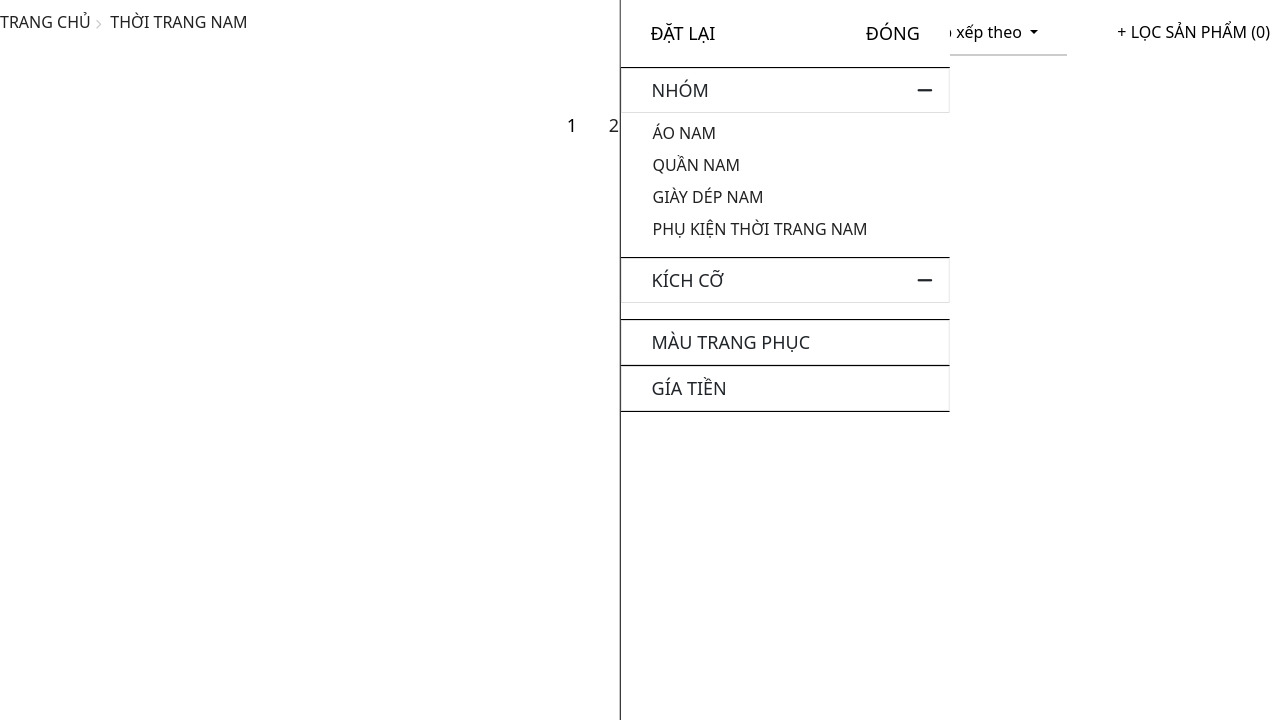
Repository: NguyenQuangQuan021099/FE_Page-Male
Page: index.html
An editor plug-in stored every save of this project. The page is shown before and after the next save, followed by the edit.
The browser window is 1280 px wide. The pictures show the whole page.
The page's requests for data from a server got no answer. Some web libraries are served in a nearby version.

Above is the page before, as saved 2021-07-08 19:06:35.

### index.html
<!DOCTYPE html>
<html lang="en">
<head>
    <meta charset="UTF-8">
    <meta http-equiv="X-UA-Compatible" content="IE=edge">
    <script src="https://kit.fontawesome.com/ce2ff1d6ed.js" crossorigin="anonymous"></script>
    <link href="https://cdn.jsdelivr.net/npm/bootstrap@5.0.1/dist/css/bootstrap.min.css" rel="stylesheet" integrity="sha384-+0n0xVW2eSR5OomGNYDnhzAbDsOXxcvSN1TPprVMTNDbiYZCxYbOOl7+AMvyTG2x" crossorigin="anonymous">
    <script src="https://code.jquery.com/jquery-3.6.0.min.js" integrity="sha256-/xUj+3OJU5yExlq6GSYGSHk7tPXikynS7ogEvDej/m4=" crossorigin="anonymous"></script>
    <meta name="viewport" content="width=device-width, initial-scale=1.0">
    <link rel="stylesheet" href="style.css">
    <title>Trang Nam</title>
</head>
<body>
<div class="main">
<!-- -------------------------Begin Nav-------------------------------------------------- -->
<div class="category__product__action d-flex ">
    <div class="breadcrumbs">
        <a href="" title="Đi đến trang chủ">TRANG CHỦ</a>
        <i style="color: #ccc; font-size: 10px; margin-right: 5px; padding-bottom: 2px;" class="fas fa-chevron-right"></i>
        <span style="color: #222">THỜI TRANG NAM</span>
    </div>
    <div class="nav-2">
    <div class="toolbar__product ">
      <a href="#" class="active" title="Lưới" ></a>
      <a href="#" class="disable" title="Danh sách" ></a>
    </div>
    <!-- --------------begin dropdown ------------------>
    <div class="dropdown">
      <button class="btn btn-secondary dropdown-toggle" type="button" id="dropdownMenuButton1" data-bs-toggle="dropdown" aria-expanded="false">
        Sắp xếp theo
      </button>
      <ul class="dropdown-menu sorter" aria-labelledby="dropdownMenuButton1" .>
        <li><a class="dropdown-item" href="#">Thứ tự chữ cái A-Z</a></li>
        <li><a class="dropdown-item" href="#">Thứ tự chữ cái Z-A</a></li>
        <li><a class="dropdown-item" href="#">Giá tăng dần</a></li>
        <li><a class="dropdown-item" href="#">Giá giảm dần</a></li>
        <li><a class="dropdown-item" href="#">Sản phẩm mới nhất</a></li>
      </ul>
    </div>
    <!-- -------------------end dropdown ---------------->

    <!-------------------- begin filter---------------- -->
  <div class="filter__toggle">
    <div class="list-group">
      <button class="list-group-item list-group-item-action actived-list" aria-current="true" >
        + LỌC SẢN PHẨM (0)
      </button>
      <div class="list-select">
        <div class="list-group-item list-group-item-action reset-close">
          <button class="reset">ĐẶT LẠI</button>
          <button class="close">ĐÓNG</button>
        </div>
        <div class="filter-option-list">
          <div class="filter-option">
            <button class="list-group-item list-group-item-action btn__item actived">NHÓM
              <div class="icon">
                <i class="fas fa-plus icon-1"></i>
                <i class="fas fa-minus icon-2"></i>
              </div>
            </button>
            <div class="item__male">
              <ul class="items">
                <li class="item"> <a href="">ÁO NAM</a></li>
                <li class="item"> <a href="">QUẦN NAM</a></li>
                <li class="item"> <a href="">GIÀY DÉP NAM</a></li>
                <li class="item"> <a href="">PHỤ KIỆN THỜI TRANG NAM</a></li>
              </ul>
            </div>
          </div>

        <div class="filter-option">
          <button class="list-group-item list-group-item-action btn__item actived">KÍCH CỠ
            <div class="icon">
              <i class="fas fa-plus icon-1"></i>
              <i class="fas fa-minus icon-2"></i>
            </div>
          </button>
          <div class="item__male">
            <ul class="items items-size">

            </ul>
          </div>
        </div>
        <div class="filter-option">
          <button class="list-group-item list-group-item-action btn__item">MÀU TRANG PHỤC</button>
        </div>
        <div class="filter-option">
        <button class="list-group-item list-group-item-action btn__item">GÍA TIỀN</button>
        </div>
        </div>
      </div>
    </div>
  </div>
<!-- -------------------End filter--------------------- -->
</div>
</div>

<!-- --------------------End Nav----------------------- -->

<!-------------------Begin product--------------------- -->
<div class="product">
        <ol id="product-list-items">

        </ol>
</div>
<!-------------------End product--------------------- -->

<!-- -------------Begin pagination --------------------->
<div class="pagination ">
  <ul class="list__pag ">
    <li class="item__current"><a href="#">1</a></li>
        <li class="item"><a href="#">2</a></li>
        <li class="item"><a href="#">3</a></li>
        <li class="item"><span>...</span></li>
        <li class="item__next"><a href="#" title="Tiếp theo"><i class="fas fa-arrow-right"></i></a></li>
  </ul>
</div>
<!-- -------------End pagination ---------------------->
</div>
    <script src="./app.js"></script>
    <script src="https://cdn.jsdelivr.net/npm/@popperjs/core@2.9.2/dist/umd/popper.min.js" integrity="sha384-IQsoLXl5PILFhosVNubq5LC7Qb9DXgDA9i+tQ8Zj3iwWAwPtgFTxbJ8NT4GN1R8p" crossorigin="anonymous"></script>
    <script src="https://cdn.jsdelivr.net/npm/bootstrap@5.0.1/dist/js/bootstrap.min.js" integrity="sha384-Atwg2Pkwv9vp0ygtn1JAojH0nYbwNJLPhwyoVbhoPwBhjQPR5VtM2+xf0Uwh9KtT" crossorigin="anonymous"></script>
</body>
</html>

### style.css
*{
    margin: 0;
    padding: 0;
    box-sizing: border-box;
}

html{
    font-family: Arial, Helvetica, sans-serif;
}

a, a:hover{
    color: #222;
    text-decoration: none;
}

.category__product__action{
    margin: 10px 0 50px 0;
    position: relative;
}

.nav-2{
    display: flex;
    position: absolute;
    right: 10px;
}
.toolbar__product{
    margin-top: 10px;
}
.toolbar__product a{
    height: 28px;
    display: inline-block;
    width: 38px;
    background-repeat: no-repeat;
}

.toolbar__product .active{
    background-image: url(./img/grid4active.svg);
    padding-right: 52px;
}

.toolbar__product .disable{
    background-image: url(./img/grid2disable.svg);
}

/* Dropdown css */
.dropdown{
    margin: 0 50px;
}

.btn-secondary {
    width: 160px;
    height: 46px;
    color: black;
    background-color: white;
    border-style: none;
    border-bottom: 2px solid #ccc;
    border-radius: 0px;
    padding: 0 25px 0 13px;
}


.btn-secondary:hover{
    color: black;
    background-color: white;
    border-bottom: 1px solid #ccc;

}

.btn-check:focus+.btn-secondary, .btn-secondary:focus {
    color: black;
    background-color: #fff;
    border-color: rgb(54, 52, 52);
    box-shadow: none;
    outline: none;
}
.sorter .dropdown-item:hover {
    color: white;
    background-color: #1777f2;
}

/* End dropdown */

/*  product items css */
/* filter css */
.list-group .actived-list{
    background-color: #fff;
    border-style: none;
    color:black ;
    padding: 0;
}

.reset-close{
    width: 100%;
    padding: 20px 0 ;
    display: flex;
    justify-content: space-between;
    border-style: none;
    border-bottom: 1px solid black;
    position: relative;

}
.reset-close button{
    font-size: 18px;
    margin: 0 30px;
    border-style: none;
    background-color: #fff;
}


/* begin filter */
.filter__toggle{
    margin-top: 10px;
}

.list-select{
    width: 25.8%;
    height: 100%;
    position: fixed;
    top: 0;
    right: 0;
    z-index: 2;
    background-color: #fff;
    border-left: 1px solid black;
    animation: mymove ease-in-out .8s;
    transform: translateX(-100%);
    transition: transform linear 0.3s;
}

.list-group-item-action:hover{
    background-color: #fff;
}

.list-select button{
   font-size: 18px;
}

.btn__item{
    padding-left: 30px;
    display: flex;
    justify-content: space-between;
}

.list-group .item__male ul li{
    list-style: none;
    padding-top: 8px;
}

.filter-option-list{
    height: 95vh;
    overflow-y: scroll;
}

.filter-option{
    border-bottom: 1px solid black;
}

.filter-option button .icon{
   display: inline-block;

}

.filter-option button .icon .icon-1{
    display: none;
}


@keyframes mymove{
    0%{
        right: -100%;
    }

    100%{
        right: 0;
    }
}

/* end filter css */
/* product items css */
.product{
     max-width: 100%;
     padding-left: 12px;
}

.product ol{
    display: flex;
    flex-wrap: wrap;
    padding-left: 0;
}

.product #product-list-items .product-items{
    width: 25%;
    list-style: none;
    margin-bottom: 30px;
}

li .renderItems  a img{
    width: 100%;
    object-fit: cover;
    padding: 3px;
}

li .renderItems  .sub__div{
    padding-top: 16px;
    display: flex;
    flex-direction: column;
}

li .renderItems .sub__div .title{
    color: #222;
    font-weight: 500;
    text-transform: uppercase;
    font-size: 12px;
    text-decoration: none;
}

li .renderItems .sub__div .price{
    opacity: 0.7;
    font-size: 16px;
    font-family: Roboto;
}

li .renderItems .sub__div a{
    position: relative;
    display: inline-block;
}

li .renderItems .sub__div .img__mini{
    width: 22px;
    height: 22px;
}

li .renderItems .sub__div a img{
    width: 100%;
    object-fit: none;
}

li .renderItems .sub__div a img:hover{
    border: 1px solid black;
}

li .renderItems .sub__div a .sub__content{
    position: absolute;
    padding: 10px 30px;
    border: 1px solid black;
    border-radius: 5px;
    background-color: #fff;
    top: -50px;
    display: none;
}

li .renderItems .sub__div a:hover .sub__content{
    display: block;
}

/* End product items */

/* Begin pagination */
.pagination{
    display: block;
}

.pagination ul{
    display: flex;
    justify-content: center;
}
.pagination ul li{
    list-style: none;
    width: 30px;
    height: 30px;
    font-size: 18px;
    color: #707070;
    margin: 12px 6px;
    text-align: center;
}

.pagination ul .item__current a{
    color: black;
}

.pagination ul li:hover a{
    background-color: #ccc;
    border-radius: 2px;
    padding: 6px 12px;
}

/* End paginaton */

/* Responsive */
/* Mobile : width < 720px */


/* tablet : width >= 740px and width < 1024px */
@media screen and  (min-width: 360px) and (max-width: 1024px) {

    /* .category__product__action{
        padding: 0 20px;
        margin-bottom: 0;
    }



    .toolbar__product{
        display: none;
    }


    ol, ul {
        padding-left: 0  !important;
    }

    ol>:first-child{
      width: 100% !important;
      padding-right: 12px;
    }

    ol >:first-child .renderItems a img{
        width: 100% !important;
    }

    li{
        width: 50% !important;
        padding-right: 10px;
    }

    .pagination ul li{
        width: 30px !important;
    } */

}

@media screen and (min-width: 1024px){
    .category__product__action{
        display: none ;
    }

}

### app.js
let itemAPI = "http://localhost:3000/items";
let sizeAPI = "http://localhost:3000/listSize";

function start() {
    getItem(renderItems);
    getSize(renderListSize);
}
start();

// lay ra item
function getItem(callback) {
    fetch(itemAPI)
    .then(function(response){
        return response.json();
    })
    .then(callback);
}

//render item
function renderItems(items){
    let listItemsBlock = document.querySelector("#product-list-items");
    let htmls = items.map(function(item){
        return `
        <li class="product-items">
            <div class="renderItems">
                <a href=""><img src="${item.image}" alt="" srcset=""></a>

                <div class="sub__div">

                    <a href="#" class="title"> ${item.title} </a> <br>

                    <span class="price">${item.price}</span> <br>

                        <a class="img__mini" href="#"> <img src="${item.miniimg}">
                            <div class="sub__content">
                                ${item.contentmini1}
                            </div>
                        </a>
                </div>
            </div>
        </li>
        `;
    });
    listItemsBlock.innerHTML = htmls.join('');
}

// render list size clothing
function getSize(callback) {
    fetch(sizeAPI)
    .then(function(response){
        return response.json();
    })
    .then(callback);
}

function renderListSize(listSize){
    let listSizeBlock = document.querySelector(".items-size");
    console.log(listSizeBlock);
    let htmls = listSize.map(function(size){
        return `
            <li class="item"> <a href=""> ${size.sizeClothing}</a></li>
        `;
    });
    listSizeBlock.innerHTML = htmls.join('');
    console.log(htmls);
}


// $('.show-hide').on("click", function(e){
//     $(this).find('.hide').css("display", "none");
//     $(this).find('.show').css("display", "block");
//     e.preventDefault();
// })


// filter actions
$('.actived-list, .close').on("click", function(){
    $(this).parent('.list-group').find('.list-select').toggle();
    $(this).parents('.list-select').toggle();

})

$('.actived, .not-actived').on("click", function(){
    $(this).find('.icon-1').toggle();
    $(this).find('.icon-2').toggle();
    $(this).parent('.filter-option').find('.item__male').toggle();
        if ($(this).hasClass('actived')) {
            $(this).removeClass('actived').addClass('not-actived');
        } else {
                $(this).removeClass('not-actived').addClass('actived');
        }
})


$('.reset').on("click", function(){
   $(this).parents('.list-select').find('.item__male').show();
   $(this).parents('.list-select').find('.icon-1').hide();
   $(this).parents('.list-select').find('.icon-2').show();
})

After the next save:
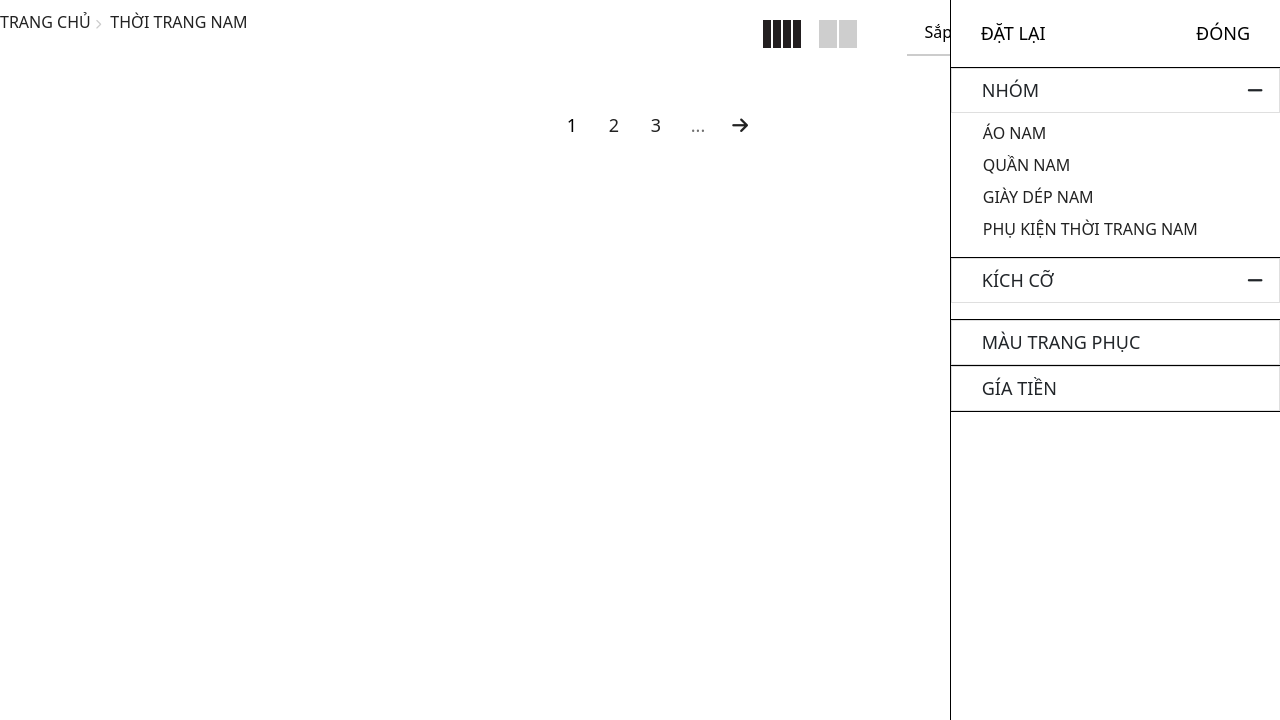
Saved 11 s later.
--- a/style.css
+++ b/style.css
@@ -122,8 +122,6 @@ a, a:hover{
     background-color: #fff;
     border-left: 1px solid black;
     animation: mymove ease-in-out .8s;
-    transform: translateX(-100%);
-    transition: transform linear 0.3s;
 }
 
 .list-group-item-action:hover{
